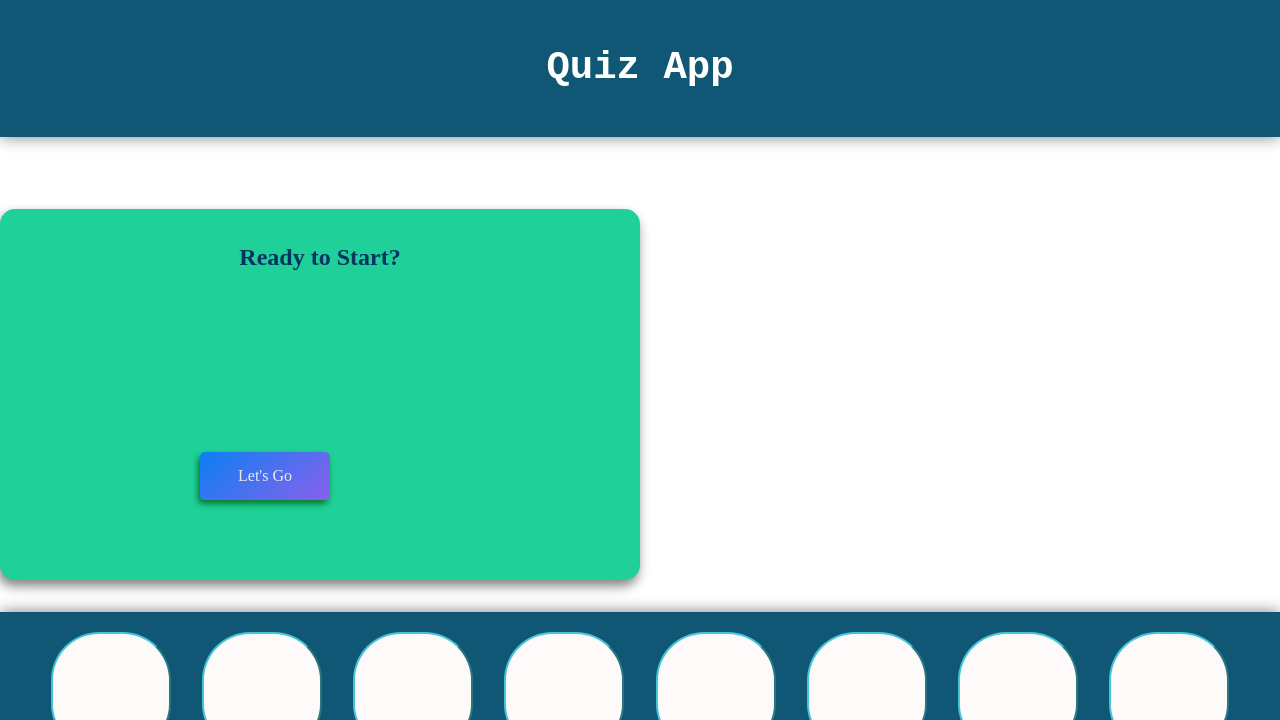
Repository: tpic12/quiz_app
Page: index.html
An editor plug-in stored every save of this project. The page is shown before and after the next save, followed by the edit.
The browser window is 1280 px wide. The pictures show the whole page.

Above is the page before, as saved 2019-12-28 12:05:09.

### index.html
<!DOCTYPE html>
<html lang="en">

<head>
  <meta charset="UTF-8">
  <meta name="viewport" content="width=device-width, initial-scale=1.0">
  <meta http-equiv="X-UA-Compatible" content="ie=edge">
  <title>Quiz App</title>
  <link href="https://cdnjs.cloudflare.com/ajax/libs/normalize/8.0.1/normalize.min.css" rel="stylesheet"
    type="text/css" />
  <link href="app.css" rel="stylesheet" type="text/css" />
</head>

<body>
  <header>
    <section class='banner'>
      <h1>Quiz App</h1>
    </section>
  </header>
  <main class='display'>

  </main>
  <footer>
    <section class='counts'>
        <div class='count 0'></div>
        <div class='count 1'></div>
        <div class='count 2'></div>
        <div class='count 3'></div>
        <div class='count 4'></div>
        <div class='count 5'></div>
        <div class='count 6'></div>
        <div class='count 7'></div>
    </section>
  </footer>
  <script src="https://code.jquery.com/jquery-3.4.1.slim.js" crossorigin="anonymous"></script>
  <script src="app.js"></script>
</body>

</html>

### app.css
/* Your styles should be mobile-first and responsive */

/**
  * If you are unclear on how to utilize a mobile-first, responsive technique to write your CSS, here is an example:
  *
  * https://github.com/andreacardybailey/responsive_example/blob/master/styles/responsive-base.css
  *
*/
* {
  box-sizing: border-box;
  margin: 0;
}

.banner h1 {
  font-family: monospace;
  font-size: 3em;
}

.banner,
footer {
  color: white;
  font-family: monospace;
  padding: 20px;
  width: 100%;
  text-align: center;
  background-color: hsl(198, 76%, 26%);
  box-shadow: 0px 0px 15px grey;
  border-bottom: none;
  left: 0;
}

.main_card {
  display: flex;
  flex-flow: column;
  cmargin: auto;
  margin-top: 10vh;
  max-width: 50vw;
  min-width: 20vw;
  min-height: 40vh;
  text-align: center;
  justify-content: space-evenly;
  align-content: space-around;
  background-color: hsl(161, 74%, 47%);
  border-radius: 15px;
  padding: 20px;
  border: none;
  box-shadow: -2px 6px 12px grey;
}

button {
  margin: 30%;
  margin-bottom: 10%;
  color: hsl(0, 7%, 92%);
  background: linear-gradient(140deg, hsl(210, 91%, 50%), hsl(258, 78%, 65%));
  border: none;
  max-width: 130px;
  min-width: 100px;
  border-radius: 5px;
  padding: 15px;
  box-shadow: -2px 4px 6px hsl(142, 98%, 24%);
}

.mid-card {
  display: flex;
  flex-flow: column wrap;
  margin: auto;
  margin-top: 100px;
  max-width: 400px;
  min-width: 200px;
  text-align: center;
  align-content: center;
  background-color: hsl(161, 74%, 47%);
  border-radius: 15px;
  padding: 20px;
  border: none;
  box-shadow: -2px 6px 12px grey;
}

.main_card h2 {
  margin-top: 15px;
  font-weight: bolder;
  color: hsl(210, 90%, 20%);
}

input {
  margin: 20px 15px 20px 65px;
}

footer {
  position: fixed;
  bottom: 0;
  left: 0;
  height: 15vh;
}

.counts {
  display: flex;
  justify-content: space-evenly;
  height: 80%;
}

.count {
  border: 2px outset hsl(186, 63%, 55%);
  font-family: 'Gill Sans', 'Gill Sans MT', Calibri, 'Trebuchet MS', sans-serif;
  border-radius: 40%;
  flex-direction: row;
  width: 120px;
  height: 120px;
  background-color: hsl(0, 100%, 99%);
  padding: 15px;
}

h1 {
  font-family: sans-serif;
}

.green {
  background-color: green !important;
}

.red {
  background-color: red !important;
}

#snackbar {
  visibility: hidden;
  min-width: 350px;
  margin-left: -125px;

  color: #fff;
  text-align: center;
  align-content: flex-end;
  padding: 20px;
  position: fixed;
  z-index: 1;
  left: 50%;
  bottom: 30px;
}

#snackbar.show {
  visibility: visible;
  /-webkit-animation: fadein 0.5s, fadeout 0.5s 2.5s;
  animation: fadein 0.5s, fadeout 0.5s 2.5s;
}

@-webkit-keyframes fadein {
  from {
    bottom: 0;
    opacity: 0;
  }
  to {
    bottom: 30px;
    opacity: 1;
  }
}

@keyframes fadein {
  from {
    bottom: 0;
    opacity: 0;
  }
  to {
    bottom: 30px;
    opacity: 1;
  }
}

@-webkit-keyframes fadeout {
  from {
    bottom: 30px;
    opacity: 1;
  }
  to {
    bottom: 0;
    opacity: 0;
  }
}

@keyframes fadeout {
  from {
    bottom: 30px;
    opacity: 1;
  }
  to {
    bottom: 0;
    opacity: 0;
  }
}

### app.js
/**
 * Example store structure
 */
'use strict';

const STORE = {
  // 5 or more questions are required
  questions: [
    {
      question: 'How many items in a bakers dozen??',
      answers: ['11', '12', '13', '3'],
      correctAnswer: '13'
    },
    {
      question: 'What month is Oktoberfest held?',
      answers: ['September', 'October', 'Every Month', 'August'],
      correctAnswer: 'September'
    },
    {
      question: 'What color is an Orange Blossom?',
      answers: ['Red', 'Orange', 'Pink', 'White'],
      correctAnswer: 'White'
    },
    {
      question: 'Where did the Panama Hat originate?',
      answers: ['Ecuador', 'Panama', 'China', 'Cuba'],
      correctAnswer: 'Ecuador'
    },
    {
      question: 'What are toy marbles made from?',
      answers: ['Plastic', 'Quartz', 'Diamond', 'Glass'],
      correctAnswer: 'Glass'
    },
    {
      question: 'How many gallons are in a ten-gallon hat?',
      answers: [
        'Half a Gallon',
        'Ten-Gallons',
        'Three-Fourths of a Gallon',
        'Give-Gallon'
      ],
      correctAnswer: 'Three-Fourths of a Gallon'
    },
    {
      question: 'What is the biggest animal to ever live?',
      answers: ['Mammoth', 'T-Rex', 'Blue Whale', 'Brontosaurus'],
      correctAnswer: 'Blue Whale'
    },
    {
      question: 'Where is the red-bellied woodpecker predominately red?',
      answers: ['Head', 'Wings', 'Feet', 'Belly'],
      correctAnswer: 'Head'
    }
  ],
  questionNumber: 0,
  score: 0,
  quizStart: false
};

/**
 *
 * Your app should include a render() function, that regenerates
 * the view each time the store is updated. See your course
 * material, consult your instructor, and reference the slides
 * for more details.
 *
 * NO additional HTML elements should be added to the index.html file.
 *
 * You may add attributes (classes, ids, etc) to the existing HTML elements, or link stylesheets or additional scripts if necessary
 *
 */

/**
 * This function renders the quiz after you start, ...
 * answer a question, or restart the quiz
 */
function renderStartQuiz() {
  const mainCard = `<section class="main_card">
      <h2>Ready to Start?</h2>
      <button type='submit' id='start_quiz'>Let's Go</button>
    </section>`;

  $('.display').html(mainCard);

  $('.display').on('click', '#start_quiz', function(event) {
    event.preventDefault();
    STORE.quizStart = true;
    $('.main_card')
      .children()
      .remove();
    handleQuiz();
  });
}
/**
 * renders question one at a time depending on question number
 */
function renderQuestion() {
  if (
    STORE.questionNumber === STORE.questions.length &&
    STORE.questionNumber > 1
  ) {
    renderResults();
  } else {
    const qCard = `<h2>${STORE.questions[STORE.questionNumber].question}</h2>
    <form id="qForm">
        <input type='radio' name='answer' id='q1' value="${
          STORE.questions[STORE.questionNumber].answers[0]
        }"/><label for='q1' id='0'>${
      STORE.questions[STORE.questionNumber].answers[0]
    }</label>
        <input type='radio' name='answer' id='q2' value="${
          STORE.questions[STORE.questionNumber].answers[1]
        }"/><label for='q2' id='1'>${
      STORE.questions[STORE.questionNumber].answers[1]
    }</label><br>
        <input type='radio' name='answer' id='q3' value="${
          STORE.questions[STORE.questionNumber].answers[2]
        }"/><label for='q3' id='2'>${
      STORE.questions[STORE.questionNumber].answers[2]
    }</label>
        <input type='radio' name='answer' id='q4' value="${
          STORE.questions[STORE.questionNumber].answers[3]
        }"/><label for='q4' id='3'>${
      STORE.questions[STORE.questionNumber].answers[3]
    }</label><br>
    </form>
    <button type='submit' id='submit_answer'>Final Answer</button>`;

    $('.main_card').html(qCard);
    $('input:checked').on('su');
    $('.main_card').on('click', '#submit_answer', function(event) {
      event.preventDefault();
      checkAnswer();
      //original next question spot

      $('.main_card')
        .children()
        .remove();

      handleQuiz();
    });
  }
}
/**
 * renders results page

 */

function generateResults(finalScore, numberOfQuestions) {
  return `<h2>You scored ${finalScore} out of ${numberOfQuestions}!</h2><button id='restart'>Restart Quiz</button>`;
}

/* Render results element with button that restarts the quiz*/
function renderResults() {
  let score = STORE.score;
  let num = STORE.questionNumber;

  $('.main_card').html(generateResults(score, num));
  $('#restart').click(function(event) {
    event.preventDefault();
    console.log('Restarting Quiz');

    STORE.questionNumber = 0;
    STORE.score = 0;
    $('.count')
      .removeClass('snackbar')
      .removeClass('red')
      .removeClass('green')
      .removeClass('show');
    renderStartQuiz();
  });
}

/**
 * this function checks the correctnes of the answer
 */
function checkAnswer() {
  let form = document.getElementById('qForm');
  let ans = form['answer'];
  for (let i = 0; i < ans.length; i++) {
    //is a button checked
    if (ans[i].checked) {
      //compare value of ans[i] to correct answer
      if (
        ans[i].value === STORE.questions[STORE.questionNumber].correctAnswer
      ) {
        scoreKeeper(true);
      } else {
        scoreKeeper(false);
      }
    }
  }
}

function generateAnswerSnackbar(questionAnswer) {
  return `<div class=.${STORE.questionNumber}>
              <p>Sorry, the correct answer is ${questionAnswer}</p>
          </div>`;
}

function scoreKeeper(bool) {
  if (bool === true) {
    console.log('plus 1 point');
    STORE.score++;
    $(`.${STORE.questionNumber}`)
      .addClass('green')
      .addClass('snackbar')
      .html(`<p>Correct!</p>`);
    $('section.main_card');
    console.log('next q!');
    STORE.questionNumber++;
  }
  if (bool === false) {
    console.log('no points for you');
    $(`.${STORE.questionNumber}`)
      .addClass('red')
      .addClass('snackbar')
      .html(
        generateAnswerSnackbar(
          STORE.questions[STORE.questionNumber].correctAnswer
        )
      );
    console.log('next q!');
    STORE.questionNumber++;
  }
}

function handleQuiz() {
  if (STORE.quizStart === false) {
    renderStartQuiz();
  } else {
    renderQuestion();
  }
}

$(handleQuiz);

After the next save:
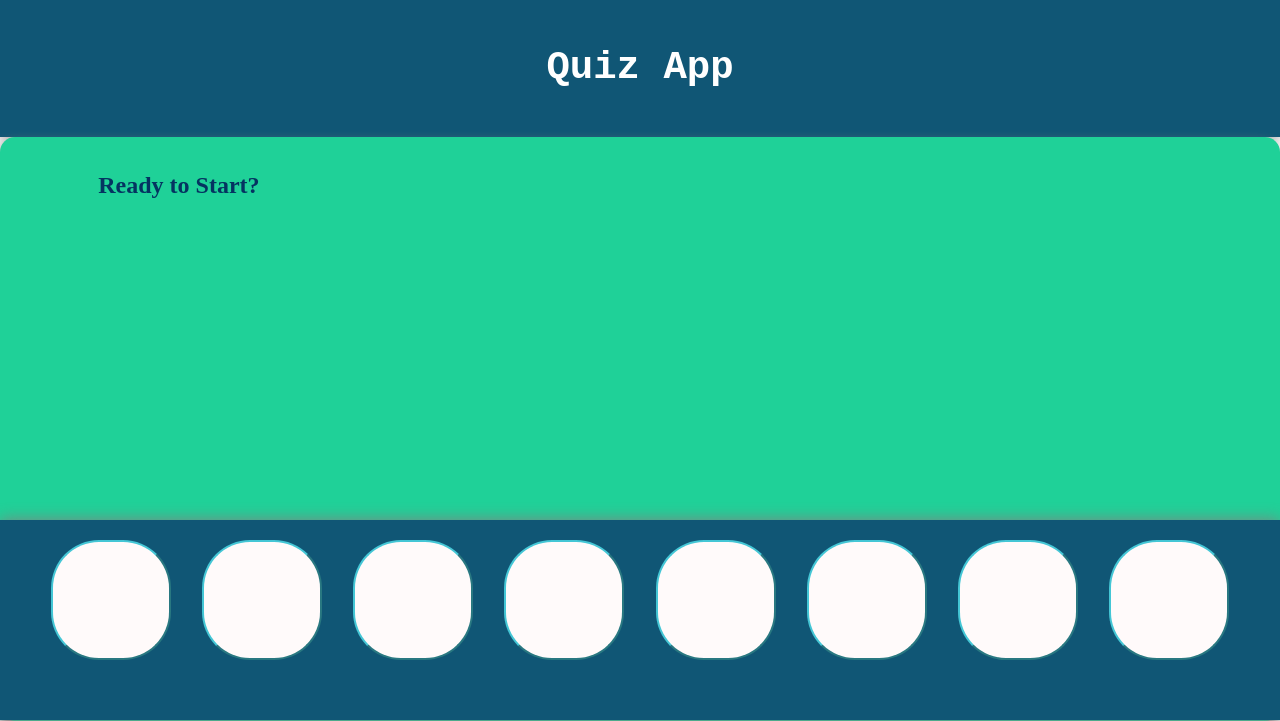
Saved 112 s later.
--- a/app.css
+++ b/app.css
@@ -31,10 +31,6 @@ footer {
 
 .main_card {
   display: flex;
-  flex-flow: column;
-  cmargin: auto;
-  margin-top: 10vh;
-  max-width: 50vw;
   min-width: 20vw;
   min-height: 40vh;
   text-align: center;
@@ -90,7 +86,7 @@ footer {
   position: fixed;
   bottom: 0;
   left: 0;
-  height: 15vh;
+  height: 200px;
 }
 
 .counts {
@@ -130,7 +126,7 @@ h1 {
   color: #fff;
   text-align: center;
   align-content: flex-end;
-  padding: 20px;
+  padding: 5px;
   position: fixed;
   z-index: 1;
   left: 50%;
@@ -142,47 +138,3 @@ h1 {
   /-webkit-animation: fadein 0.5s, fadeout 0.5s 2.5s;
   animation: fadein 0.5s, fadeout 0.5s 2.5s;
 }
-
-@-webkit-keyframes fadein {
-  from {
-    bottom: 0;
-    opacity: 0;
-  }
-  to {
-    bottom: 30px;
-    opacity: 1;
-  }
-}
-
-@keyframes fadein {
-  from {
-    bottom: 0;
-    opacity: 0;
-  }
-  to {
-    bottom: 30px;
-    opacity: 1;
-  }
-}
-
-@-webkit-keyframes fadeout {
-  from {
-    bottom: 30px;
-    opacity: 1;
-  }
-  to {
-    bottom: 0;
-    opacity: 0;
-  }
-}
-
-@keyframes fadeout {
-  from {
-    bottom: 30px;
-    opacity: 1;
-  }
-  to {
-    bottom: 0;
-    opacity: 0;
-  }
-}
